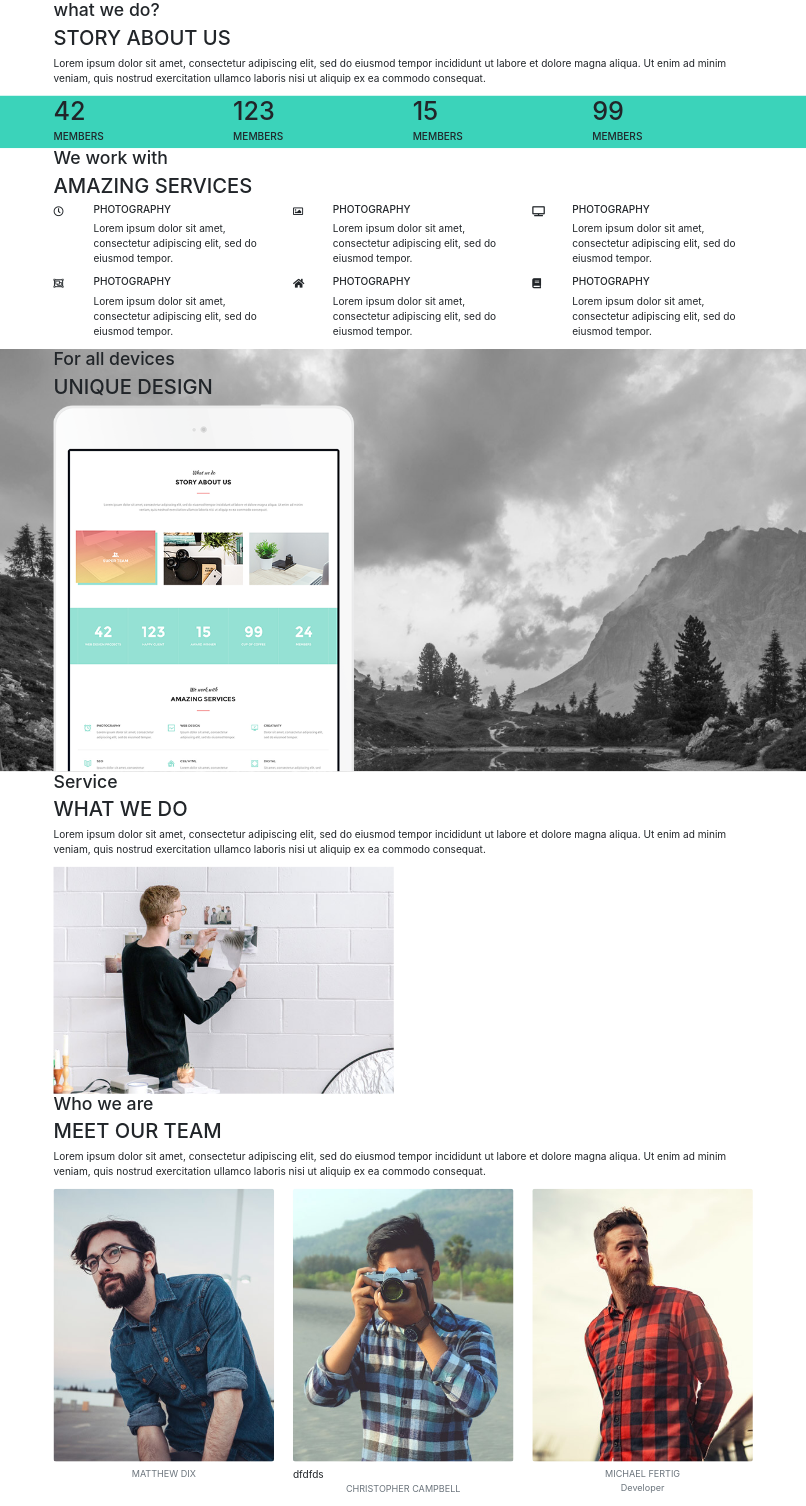
Repository: nourabdelhakam/MoGo-template
Page: index.html
These files come from the project's save history. The page is drawn as it stood at one moment and after the next save; the edit follows.
The browser window is 1280 px wide. The pictures show the whole page, at 63% of full size.
Some web libraries are served in a nearby version. The style sheet was rebuilt from its Sass, Less or Tailwind sources for each picture, by a compiler version that may differ from the author's.

Above is the page before, as saved 2021-02-21 20:14:29.

### index.html
<!DOCTYPE html>
<html lang="en">
<head>
    <meta charset="UTF-8">
    <meta name="viewport" content="width=device-width, initial-scale=1.0">
    <link rel="stylesheet" href="https://cdnjs.cloudflare.com/ajax/libs/font-awesome/5.8.2/css/all.min.css" crossorigin="anonymous" />
    <title>Document</title>
    <link rel="stylesheet" href="css/bootstrap.min.css">
    <link rel="stylesheet" href="sass/main.css">
</head>
<body>
    <!-- WHAT WE DO------------------------------------- -->
    <section>
        <div class="container">
            <h3>what we do?</h3>
            <h2>STORY ABOUT US</h2>
            <p>Lorem ipsum dolor sit amet, consectetur adipiscing elit, sed do eiusmod tempor incididunt ut labore et dolore magna aliqua. Ut enim ad minim veniam, quis nostrud exercitation ullamco laboris nisi ut aliquip ex ea commodo consequat.</p>
            <div class="row"></div>
        </div>
    </section>
    <!--ENd WHAT WE DO------------------------------------- -->

    <!--STATISTICS------------------------------------- -->
    <section class="statistices">
        <div class="container">
            <div class="row">
                <div class="col">
                    <h1>42</h1>
                    <h6>MEMBERS</h6>
                </div>
                <div class="col">
                    <h1>123</h1>
                    <h6>MEMBERS</h6>
                </div>
                <div class="col">
                    <h1>15</h1>
                    <h6>MEMBERS</h6>
                </div>
                <div class="col">
                    <h1>99</h1>
                    <h6>MEMBERS</h6>
                </div>
            </div>
        </div>
    </section>
    <!--END OF STATISTICS------------------------------------- -->

    <!-- We work with -------------------------------------------->
    <section>
        <div class="container">
            <h3>We work with</h3>
            <h2>AMAZING SERVICES</h2>
            <div class="row">

                <div class="col-xl-4 col-md-4 col-sm-12 col-xs-12">
                    <div class="row">
                        <div class="col-2"><i class="far fa-clock"></i></div>
                        <div class="col-10">
                            <h6>PHOTOGRAPHY</h6>
                            <p>Lorem ipsum dolor sit amet, consectetur adipiscing elit, sed do eiusmod tempor.</p>
                        </div>
                    </div>
                </div>

                <div class="col-xl-4 col-md-4 col-sm-12 col-xs-12">
                    <div class="row">
                        <div class="col-2"><i class="far fa-image"></i></div>
                        <div class="col-10">
                            <h6>PHOTOGRAPHY</h6>
                            <p>Lorem ipsum dolor sit amet, consectetur adipiscing elit, sed do eiusmod tempor.</p>
                        </div>
                    </div>
                </div>

                <div class="col-xl-4 col-md-4 col-sm-12 col-xs-12">
                    <div class="row">
                        <div class="col-2"><i class="fas fa-tv"></i></div>
                        <div class="col-10">
                            <h6>PHOTOGRAPHY</h6>
                            <p>Lorem ipsum dolor sit amet, consectetur adipiscing elit, sed do eiusmod tempor.</p>
                        </div>
                    </div>
                </div>

                <div class="col-xl-4 col-md-4 col-sm-12 col-xs-12">
                    <div class="row">
                        <div class="col-2"><i class="far fa-object-group"></i></div>
                        <div class="col-10">
                            <h6>PHOTOGRAPHY</h6>
                            <p>Lorem ipsum dolor sit amet, consectetur adipiscing elit, sed do eiusmod tempor.</p>
                        </div>
                    </div>
                </div>

                <div class="col-xl-4 col-md-4 col-sm-12 col-xs-12">
                    <div class="row">
                        <div class="col-2"><i class="fas fa-home"></i></div>
                        <div class="col-10">
                            <h6>PHOTOGRAPHY</h6>
                            <p>Lorem ipsum dolor sit amet, consectetur adipiscing elit, sed do eiusmod tempor.</p>
                        </div>
                    </div>
                </div>

                <div class="col-xl-4 col-md-4 col-sm-12 col-xs-12">
                    <div class="row">
                        <div class="col-2"><i class="fas fa-book"></i></div>
                        <div class="col-10">
                            <h6>PHOTOGRAPHY</h6>
                            <p>Lorem ipsum dolor sit amet, consectetur adipiscing elit, sed do eiusmod tempor.</p>
                        </div>
                    </div>
                </div>
            </div>
        </div>
    </section>
    <!-- end of We work with -------------------------------------------->

    <!-- For all devices------------------------------------------------- -->
    <section class="uniqe_design">
        <div class="container">
            <h3>For all devices</h3>
            <h2>UNIQUE DESIGN</h2>
            <img class="img-fluid" src="./assets/img/device1.png" alt="">
        </div>
    </section>
    <!-- END OF For all devices------------------------------------------------- -->

    <!-- WHAT WE DO -->
    <section>
        <div class="container">
            <h3>Service</h3>
            <h2>WHAT WE DO</h2>
            <p>Lorem ipsum dolor sit amet, consectetur adipiscing elit, sed do eiusmod tempor incididunt ut labore et dolore magna aliqua. Ut enim ad minim veniam, quis nostrud exercitation ullamco laboris nisi ut aliquip ex ea commodo consequat.</p>
            <div class="row">
                <div class="col-xl-6 col-md-6 col-sm-12 col-xs-12"><img class="img-fluid" src="./assets/img/doservice.jpg" alt=""></div>
                <div class="col-xl-6 col-md-6 col-sm-12 col-xs-12"></div>
            </div>
        </div>
    </section>
    <!-- END OF WHAT WE DO --------------------------------------------------->

    <!-- jone doe -->
    <!-- jone doe -->


    <!-- Who we are -->
    <secstion>
        <div class="container">
            <h3>Who we are</h3>
            <h2>MEET OUR TEAM</h2>
            <p>Lorem ipsum dolor sit amet, consectetur adipiscing elit, sed do eiusmod tempor incididunt ut labore et dolore magna aliqua. Ut enim ad minim veniam, quis nostrud exercitation ullamco laboris nisi ut aliquip ex ea commodo consequat.</p>
            <div class="row">
                <div class="col-xl-4 col-md-4 col-sm-12 col-xs-12">
                    <figure class="figure">
                        <img src="./assets/img/team1.jpg" class="figure-img img-fluid rounded" alt="...">
                        <figcaption class="figure-caption text-center">MATTHEW DIX</figcaption>
                    </figure>
                </div>

                <div class="col-xl-4 col-md-4 col-sm-12 col-xs-12">
                    <figure class="figure">
                        <img src="./assets/img/team2.jpg" class="figure-img img-fluid rounded" alt="...">
                        <span>dfdfds</span>
                        <figcaption class="figure-caption text-center">CHRISTOPHER CAMPBELL</figcaption>
                    </figure>
                </div>

                <div class="col-xl-4 col-md-4 col-sm-12 col-xs-12">
                    <figure class="figure">
                        <img src="./assets/img/team3.jpg" class="figure-img img-fluid rounded" alt="...">
                        <figcaption class="figure-caption text-center">MICHAEL FERTIG</figcaption>
                        <figcaption class="figure-caption text-center text-muted">Developer</figcaption>
                    </figure>
                </div>

            </div>
        </div>
    </secstion>
    <!-- Who we are -->
   <!----------------------.------------------------------------------- -- -->
   <script src="js/jquery-3.5.1.slim.min.js"></script>
   <script src="js/popper.min.js"></script>

   <script src="js/bootstrap.min.js"></script>
</body>
</html>

### sass/main.scss
body {
    background-color: #FFFFFF;

}
.statistices {
    background-color: #3BD3BA;
}
.uniqe_design {
    background-image: url(../assets/img/divicebg.jpg);
}

Loaded but not shown: css/bootstrap.min.css (library); js/jquery-3.5.1.slim.min.js (library); js/popper.min.js (library); js/bootstrap.min.js (library)

After the next save:
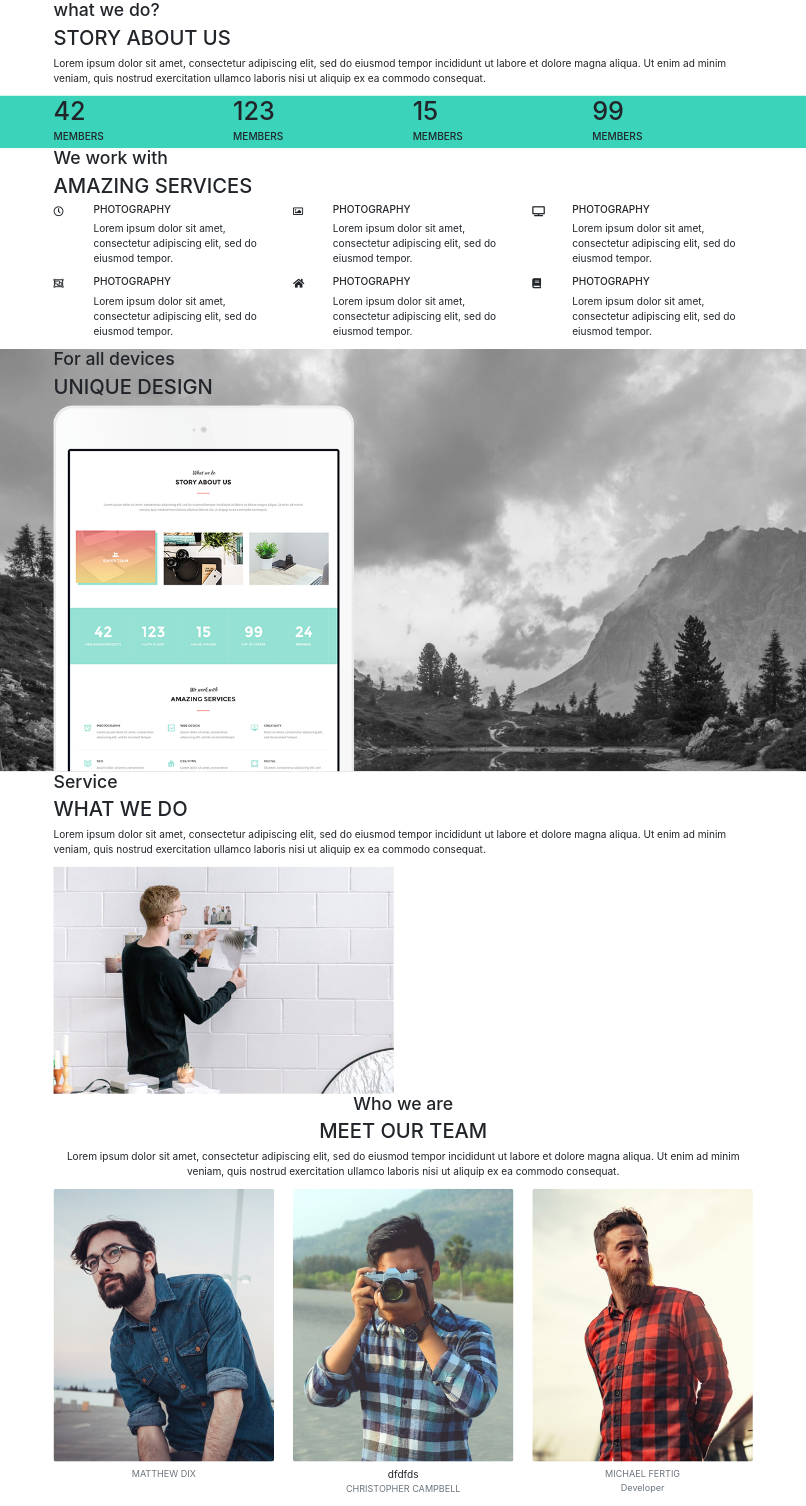
Saved 30 s later.
--- a/index.html
+++ b/index.html
@@ -145,7 +145,7 @@
 
 
     <!-- Who we are -->
-    <secstion>
+    <secstion class="text-center">
         <div class="container">
             <h3>Who we are</h3>
             <h2>MEET OUR TEAM</h2>
